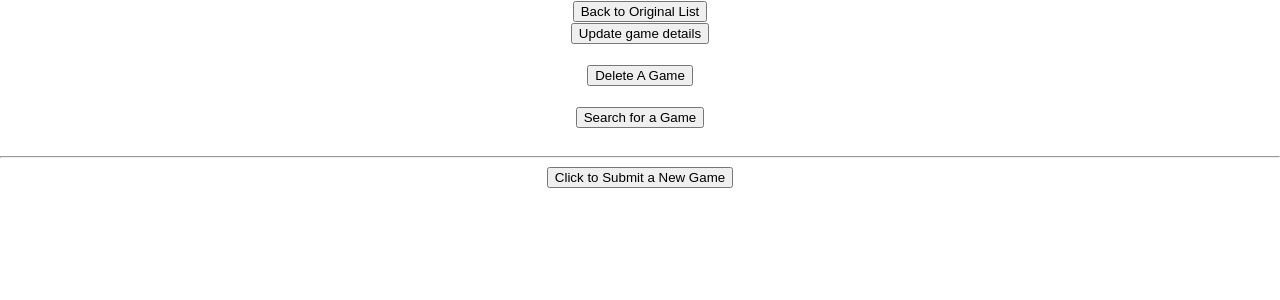
Repository: The-Software-Guild/assessment-2-react-nj10deadend
Page: / (app in Part-2/React-section/frontend/)
These files come from the project's save history. The page is drawn as it stood at one moment and after the next save; the edit follows.
The browser window is 1280 px wide. The pictures show the whole page.
The page's requests for data from a server got no answer. The project was rebuilt for these pictures with package versions that can differ from the ones it lists, and the page was loaded fresh each time. No one was signed in, and anything a server would have sent is missing. Also part of the build but not shown: Part-2/React-section/frontend/src/components/GameCards.js.

Above is the page before, as saved 2021-12-19 15:35:27.

After the next save:
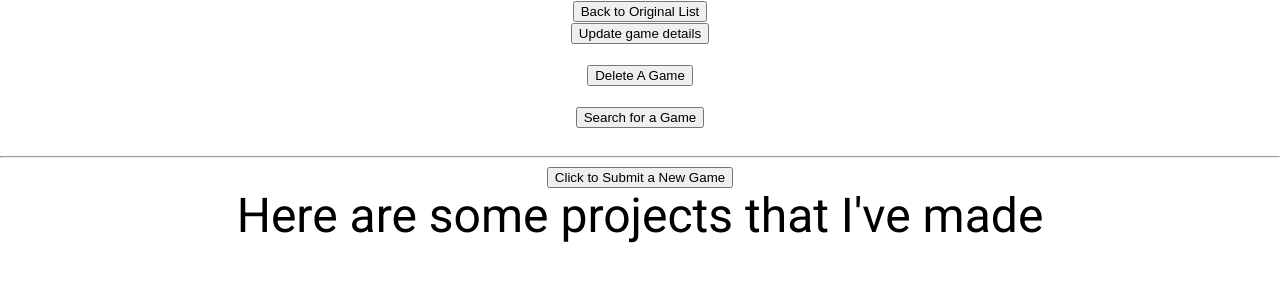
Saved 2 min 30 s later.
--- a/Part-2/React-section/frontend/src/App.js
+++ b/Part-2/React-section/frontend/src/App.js
@@ -37,10 +37,13 @@
       <hr></hr>
       <AddGameForm setGameData={setGameData}/>
 
-      <Container maxWidth="sm">
+      {/* <Container maxWidth="sm"> */}
         <Home gameData={gameData}/>
 
-      </Container>
+      {/* </Container> */}
+      <Typography variant="h3" component="div" gutterBottom>
+        Here are some projects that I've made
+      </Typography>
 
     </div>
 

After the save that followed:
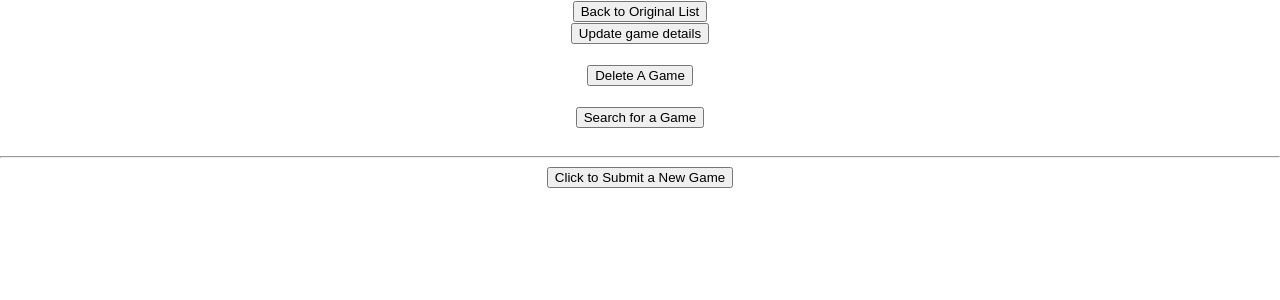
Saved 69 s later.
--- a/Part-2/React-section/frontend/src/App.js
+++ b/Part-2/React-section/frontend/src/App.js
@@ -7,9 +7,9 @@
 import axios from 'axios';
 import {useState, useEffect} from 'react';
 
-import Container from '@mui/material/Container';
-import Button from '@mui/material/Button';
-import Typography from '@mui/material/Typography';
+import {Container} from '@mui/material';
+// import Button from '@mui/material/Button';
+// import Typography from '@mui/material/Typography';
 
 function App() {
 
@@ -37,13 +37,13 @@
       <hr></hr>
       <AddGameForm setGameData={setGameData}/>
 
-      {/* <Container maxWidth="sm"> */}
+      <Container maxWidth="sm">
         <Home gameData={gameData}/>
 
-      {/* </Container> */}
-      <Typography variant="h3" component="div" gutterBottom>
+      </Container>
+      {/* <Typography variant="h3" component="div" gutterBottom>
         Here are some projects that I've made
-      </Typography>
+      </Typography> */}
 
     </div>
 
